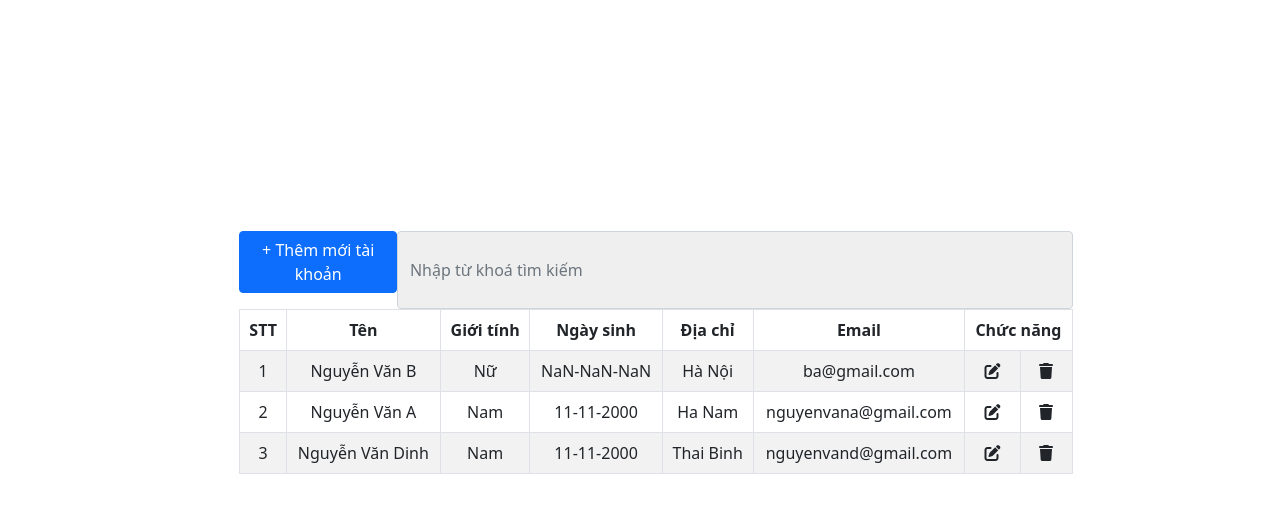
Repository: TinhTT336/MD02_Session12
Page: / (app in client/)
The author's editor kept a copy of each file at every save. The page is drawn from the files as they stood at one save, then again after the next save.
The browser window is 1280 px wide. The pictures show the whole page.
The project was rebuilt for these pictures with package versions that can differ from the ones it lists, and the page was loaded fresh each time. Requests to the local data server were answered from the project's data file. Also part of the build but not shown: client/vite.config.js, client/src/components/admin/manager-product/FormAdd.jsx, client/src/components/admin/manager-product/FormEdit.jsx, client/src/pages/product/ListProduct.jsx, client/src/components/admin/manager-user/FormAddUser.jsx, client/src/components/admin/manager-user/FormEditUser.jsx.

Above is the page before, as saved 2023-09-12 09:40:06.

### client/index.html
<!DOCTYPE html>
<html lang="en">
  <head>
    <meta charset="UTF-8" />
    <link rel="icon" type="image/svg+xml" href="/vite.svg" />
    <meta name="viewport" content="width=device-width, initial-scale=1.0" />
    <title>Vite + React</title>
    <link
      href="https://cdn.jsdelivr.net/npm/bootstrap@5.0.2/dist/css/bootstrap.min.css"
      rel="stylesheet"
      integrity="sha384-EVSTQN3/azprG1Anm3QDgpJLIm9Nao0Yz1ztcQTwFspd3yD65VohhpuuCOmLASjC"
      crossorigin="anonymous"
    />
    <link
      rel="stylesheet"
      href="https://cdnjs.cloudflare.com/ajax/libs/font-awesome/6.4.2/css/all.min.css"
      integrity="sha512-z3gLpd7yknf1YoNbCzqRKc4qyor8gaKU1qmn+CShxbuBusANI9QpRohGBreCFkKxLhei6S9CQXFEbbKuqLg0DA=="
      crossorigin="anonymous"
      referrerpolicy="no-referrer"
    />
  </head>
  <body>
    <div id="root"></div>
    <script type="module" src="/src/main.jsx"></script>
  </body>
</html>

### client/src/App.jsx
import { useState } from 'react'
import reactLogo from './assets/react.svg'
import viteLogo from '/vite.svg'
import './App.css'
import ListProduct from './pages/product/ListProduct'
import ListUser from './pages/admin/ListUser'

function App() {
  const [count, setCount] = useState(0)

  return (
    <>
      {/* <ListProduct /> */}
      <ListUser />
    </>
  )
}

export default App

### client/src/pages/admin/ListUser.jsx
import React, { useEffect, useState } from 'react';
import axios from 'axios';// khong co dau ngoac nhon
import { notification } from 'antd';
import FormAddUser from '../../components/admin/manager-user/FormAddUser';
import FormEditUser from '../../components/admin/manager-user/FormEditUser';
import { formatDate } from '../../utils/formatData';

export default function ListUser() {
    const [users, setUsers] = useState([]);
    const [show, setShow] = useState(false);
    const [showEdit, setShowEdit] = useState(false);
    const [idEdit, setIdEdit] = useState(null);
    // goi API lấy tất cả thông tin
    const loadData = () => {
        axios.get("http://localhost:8000/users")
            .then(response => setUsers(response.data))
            .catch(error => console.log(error))
    }

    useEffect(() => {
        loadData();
    }, [])

    // ham xoa du lieu
    const handleDelete = (id) => {
        axios.delete(`http://localhost:8000/users/${id}`)
            .then(response => {
                if (response.status === 200) {
                    notification.success({
                        message: "Thành công!",
                        description: "Xoá tài khoản thành công"
                    });
                    loadData();
                }
            })
            .catch(error => console.log(error))
    }

    // ham hien form them moi
    const handleShow = () => {
        setShow(true);
    }

    // ham dong form them moi
    const handleClose = () => {
        setShow(false);
    }

    // ham hien form edit
    const handleShowEdit = (id) => {
        setShowEdit(true);
        setIdEdit(id);
    }

    // ham dong form edit
    const handleCloseEdit = () => {
        setShowEdit(false);
    }
    return (
        <>
            {/* Form them moi */}
            {show && <FormAddUser handleClose={handleClose} loadData={loadData} />}
            {/* Form edit */}
            {showEdit && <FormEditUser handleCloseEdit={handleCloseEdit} loadData={loadData} idEdit={idEdit} />}
            <div className='container d-flex align-items-center  flex-column m-3'>
                <div className='d-flex justify-content-between' style={{ width: "100%" }}>
                    <button onClick={handleShow} className='btn btn-primary mb-3'>+ Thêm mới tài khoản</button>
                    <input type="text" name="" id="" className="form-control" placeholder='Nhập từ khoá tìm kiếm' />
                </div>
                <table className='table table-striped table-hover table-bordered'>
                    <thead>
                        <tr>
                            <th style={{ textAlign: "center" }} scope='col'>STT</th>
                            <th style={{ textAlign: "center" }} scope='col'>Tên</th>
                            <th style={{ textAlign: "center" }} scope='col'>Giới tính</th>
                            <th style={{ textAlign: "center" }} scope='col'>Ngày sinh</th>
                            <th style={{ textAlign: "center" }} scope='col'>Địa chỉ</th>
                            <th style={{ textAlign: "center" }} scope='col'>Email</th>
                            <th style={{ textAlign: "center" }} scope='col' colSpan={2}>Chức năng</th>
                        </tr>
                    </thead>
                    <tbody>
                        {users.map((user, index) => (
                            <tr key={user.id}>
                                <td>{index + 1}</td>
                                <td>{user.user_name}</td>
                                <td>{user.gender === 0 ? "Nam" : (user.gender === 1 ? "Nữ" : "Khác")}</td>
                                <td>{formatDate(user.dateOfBirth)}</td>
                                <td>{user.address}</td>
                                <td>{user.email}</td>
                                <td onClick={() => handleShowEdit(user.id)}><i className="fa-solid fa-pen-to-square "></i></td>
                                <td onClick={() => handleDelete(user.id)}><i className="fa-solid fa-trash "></i></td>
                            </tr>
                        ))}
                    </tbody>
                </table>
            </div>
        </>
    )
}

### client/src/utils/formatData.js
/**
 * ham format tien te Viet Nam
 * @param {*} money chuoi tien te can format
 * @returns chuoi tien te da duoc format
 * Author: TinhTT (11/09/2023)
 */
export const formatMoney = (money) => {
  return money.toLocaleString("vi", { style: "currency", currency: "VND" });
};
/**
 * ham dinh dang chuoi thoi gian
 * @param {*} date chuoi thoi gian can dinh dang
 * @returns dinh dang thoi gian theo kieu ngay-thang-nam
 * Author: TinhTT(12/9/2023)
 */
export const formatDate = (date) => {
  // lay ra dinh dang thoi gian cua chuoi dua vao thoi gian thuc
  const today = new Date(date);
  // lay ra nam
  let year = today.getFullYear();
  // lay ra thang
  let month = today.getMonth() + 1;
  if (month > 0 && month < 10) {
    month = `0${month}`;
  }
  // lay ra ngay
  let day = today.getDate();
  // tra ra chuoi can dinh dang
  return `${day}-${month}-${year}`;
};
/**
 * Validate email
 * @param {*} email : chuỗi email cần kiểm tra
 * @returns true nếu đúng định dạng, false nếu sai định dạng
 * Author: NVQUY(12/09/2023)
 */
export const ValidateEmail = (email) => {
  return String(email)
    .toLowerCase()
    .match(
      /^(([^<>()[\]\\.,;:\s@"]+(\.[^<>()[\]\\.,;:\s@"]+)*)|.(".+"))@((\[[0-9]{1,3}\.[0-9]{1,3}\.[0-9]{1,3}\.[0-9]{1,3}\])|(([a-zA-Z\-0-9]+\.)+[a-zA-Z]{2,}))$/
    );
};

### client/src/components/admin/manager-product/product.css
.product-container {
  position: fixed;
  bottom: 0;
  top: 0;
  right: 0;
  left: 0;
  background: rgba(0, 0, 0, 0.6);
  display: flex;
  align-items: center;
  justify-content: center;
  min-height: 100vh;
}
.form-container {
  width: 400px;
  padding: 20px;
  background-color: #fff;
  border: 1px solid #3333;
  border-radius: 4px;
}
.form-control {
  background-color: #efefef;
}

### server/db.json
{
  "users": [
    {
      "email": "ba@gmail.com",
      "password": "$2a$10$dR3OnjgY62k9wRyVo5LbNeqOKyZL54t2fqGn3sQJJPeKdv6eA7BPC",
      "user_name": "Nguyễn Văn B",
      "gender": 1,
      "address": "Hà Nội ",
      "dateOfBirth": "20/01/2004",
      "id": 1
    },
    {
      "email": "nguyenvana@gmail.com",
      "password": "$2a$10$19Cnt/n/J/yqyoAFKDjy4.HmmO9ZH/8PjB0.suBV3eBKrZBomKi1O",
      "user_name": "Nguyễn Văn A",
      "gender": 0,
      "dateOfBirth": "11/11/2000",
      "address": "Ha Nam",
      "id": 2
    },
    {
      "email": "nguyenvand@gmail.com",
      "password": "$2a$10$Tz6cvrc/vgRS4QnEr.4qZ.fK3iOzyYLpUpImKREPYkv/5n3Y6PAG2",
      "user_name": "Nguyễn Văn Dinh",
      "gender": 0,
      "dateOfBirth": "11/11/2000",
      "address": "Thai Binh",
      "id": 3
    }
  ],
  "products": [
    {
      "id": 1,
      "product_name": "Cam sanh",
      "price": 20000,
      "from": "mien Tay"
    },
    {
      "id": 2,
      "product_name": "Cam vàng",
      "price": 40000,
      "from": "mien Tay"
    },
    {
      "product_name": "Chôm chôm",
      "price": 35000,
      "from": "Miền Nam",
      "id": 5
    },
    {
      "product_name": "Ổi hồng",
      "price": 40000,
      "from": "Miền Nam",
      "id": 6
    },
    {
      "product_name": "Bưởi da xanh",
      "price": 56000,
      "from": "Miền Nam",
      "id": 7
    }
  ]
}

Loaded but not shown: client/src/main.jsx (common file); client/src/index.css (common file); client/src/App.css (common file)

After the next save:
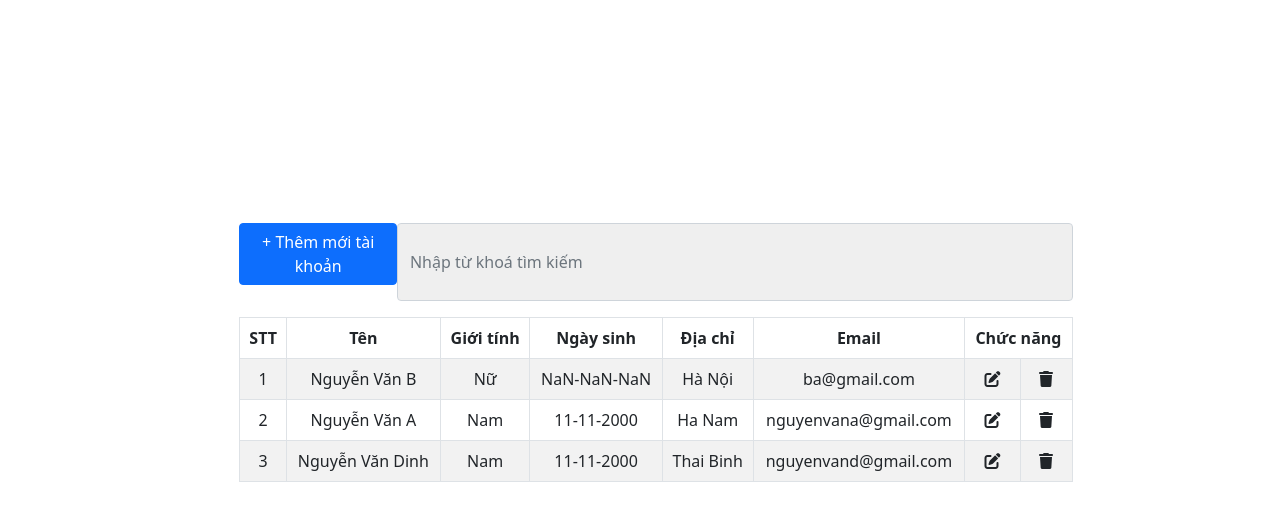
Saved 37 s later.
--- a/client/src/pages/admin/ListUser.jsx
+++ b/client/src/pages/admin/ListUser.jsx
@@ -63,7 +63,7 @@ export default function ListUser() {
             {/* Form edit */}
             {showEdit && <FormEditUser handleCloseEdit={handleCloseEdit} loadData={loadData} idEdit={idEdit} />}
             <div className='container d-flex align-items-center  flex-column m-3'>
-                <div className='d-flex justify-content-between' style={{ width: "100%" }}>
+                <div className='d-flex justify-content-between mb-3' style={{ width: "100%" }}>
                     <button onClick={handleShow} className='btn btn-primary mb-3'>+ Thêm mới tài khoản</button>
                     <input type="text" name="" id="" className="form-control" placeholder='Nhập từ khoá tìm kiếm' />
                 </div>
